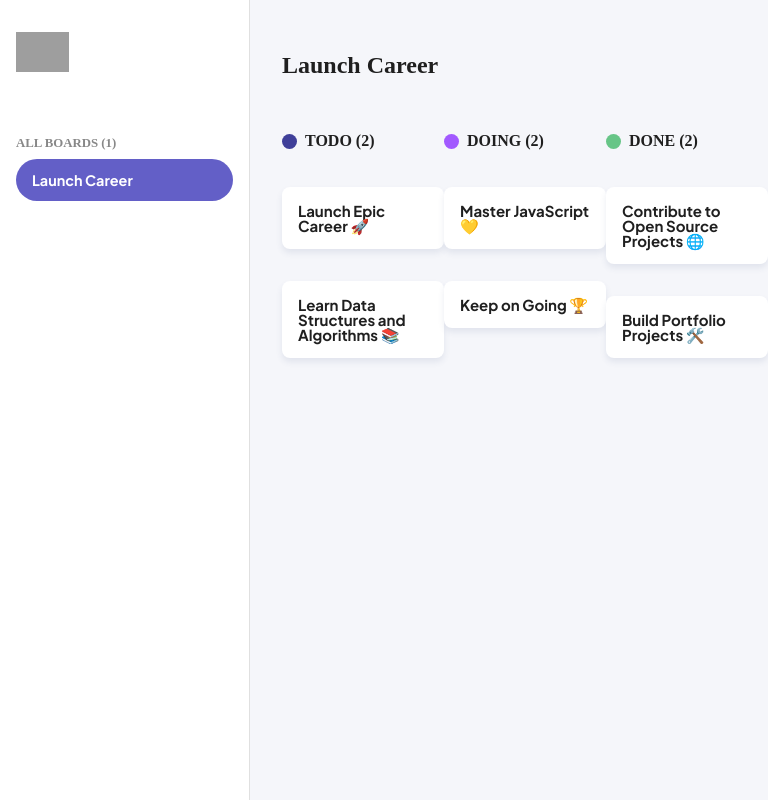
Repository: andajonas/ANDJON25111_fto2502_A2_Anda_Jonas_JSL01
Page: index.html
The author's editor kept a copy of each file at every save. The page is drawn from the files as they stood at one save, then again after the next save.
The browser window is 768 px wide. The pictures show the whole page.
Pictures or frames that could not be fetched are drawn as grey boxes. An inner scrolling area shows only its first screen.

Above is the page before, as saved 2025-04-25 13:16:21.

### index.html
<html lang="en">
  <head>
    <meta charset="UTF-8" />
    <meta name="viewport" content="width=device-width, initial-scale=1.0" />
    <title>Kanban Board</title>
    <link rel="stylesheet" href="style.css" />
  </head>

  <body>
    <div class="kanban-container">
      <!-- Sidebar -->
      <nav class="sidebar">
        <div class="logo">
      <img src="assets/logo-light.svg" alt="Kanban logo">
        </div>
        <div class="board-list">
          <h4>ALL BOARDS (1)</h4>
          <button class="board-btn">Launch Career</button>
        </div>
      </nav>

      <!-- Main Board Section -->
      <div class="main-board">
        <header class="board-header">
          <h2 class="board-title">Launch Career</h2>
          <div class="=divider"></div>
        </header>

        <main class="columns">
          <!-- TO DO Column -->
          <div class="column">
            <div class="column-header">
              <span class="dot todo"></span>
              <h4>TODO (2)</h4>
            </div>
            <div class="card-container">
              <div class="card">Launch Epic Career 🚀</div>
              <div class="card">Learn Data Structures and Algorithms 📚</div>
            </div>
          </div>

          <!-- DOING Column -->
          <div class="column">
            <div class="column-header">
              <span class="dot doing"></span>
              <h4>DOING (2)</h4>
            </div>
            <div class="card-container">
              <div class="card">Master JavaScript 💛</div>
              <div class="card">Keep on Going 🏆</div>
            </div>
          </div>

          <!-- DONE Column -->
          <div class="column">
            <div class="column-header">
              <span class="dot done"></span>
              <h4>DONE (2)</h4>
            </div>
            <div class="card-container">
              <div class="card">Contribute to Open Source Projects 🌐</div>
              <div class="card">Build Portfolio Projects 🛠️</div>
            </div>
          </div>
        </main>
      </div>
    </div>
  </body>
</html>

### style.css
@import url('https://fonts.googleapis.com/css2?family=Plus+Jakarta+Sans:wght@400;700&display=swap');
/* Base Styles */
body {
    margin: 0;
    font-family: "inter" sans-serif;
    background-color: #f5f6fa;
    color: #1f1f1f;
  }

  .kanban-container {
    display: grid;
    grid-template-columns: 250px 1fr;
    height: 100vh;
  }

  /* Sidebar */
  .sidebar {
    background-color: white;
    padding: 2rem 1rem;
    border-right: 1px solid #e0e0e0;
  }

  .logo img {
    height: 40px;
    margin-bottom: 2rem;
  }

  .board-list h4 {
    font-size: 0.8rem;
    font-weight: 600;
    color: #888;
    margin: 2rem 0 0.5rem;
  }

  .board-btn {
    background-color: #635FC7;
    color: white !important;
    border: none;
    padding: 0.75rem 1rem;
    font-weight: 600;
    border-radius: 24px;
    cursor: pointer;
    text-align: left;
    width: 100%;
    font-family: 'Plus Jakarta Sans', sans-serif;
    font-size: 0.9rem;
    transition: background-color 0.2s ease;
  }

  .board-btn:hover {
    background-color: #847fda;
  }

  /* Main Content */
  .main-board {
    padding: 2rem;
    overflow-x: auto;
  }

  .board-title {
    font-size: 1.5rem;
    font-weight: 600;
    margin-bottom: 2rem;
  }

  /* Columns Layout */
  .columns {
    display: grid;
    grid-template-columns: repeat(3, 1fr);
    gap: 2rem;
  }

  /* Column */
  .column {
    display: flex;
    flex-direction: column;
  }

  /* Column Header */
  .column-header {
    display: flex;
    align-items: center;
    gap: 0.5rem;
    font-weight: 600;
    margin-bottom: 1rem;
  }

  .dot {
    width: 15px;
    height: 15px;
    border-radius: 50%;
  }

  .dot.todo {
    background-color: #3f3f99;
  }

  .dot.doing {
    background-color: #a259ff;
  }

  .dot.done {
    background-color: #67c587;
  }

  /* Cards */
  .card-container {
    display: flex;
    flex-direction: column;
    gap: 1rem;
  }

  .card {
      font-family: 'Plus Jakarta Sans', sans-serif;
      font-weight: 700;
      font-size: 15px;
      line-height: 1;
      padding: 1rem;
      background-color: white;
      border-radius: 8px;
      box-shadow: 0px 4px 6px rgba(54, 78, 126, 0.1);
      margin-bottom: 1rem;
      width: 100%;
      max-width: 301px;
    }

After the next save:
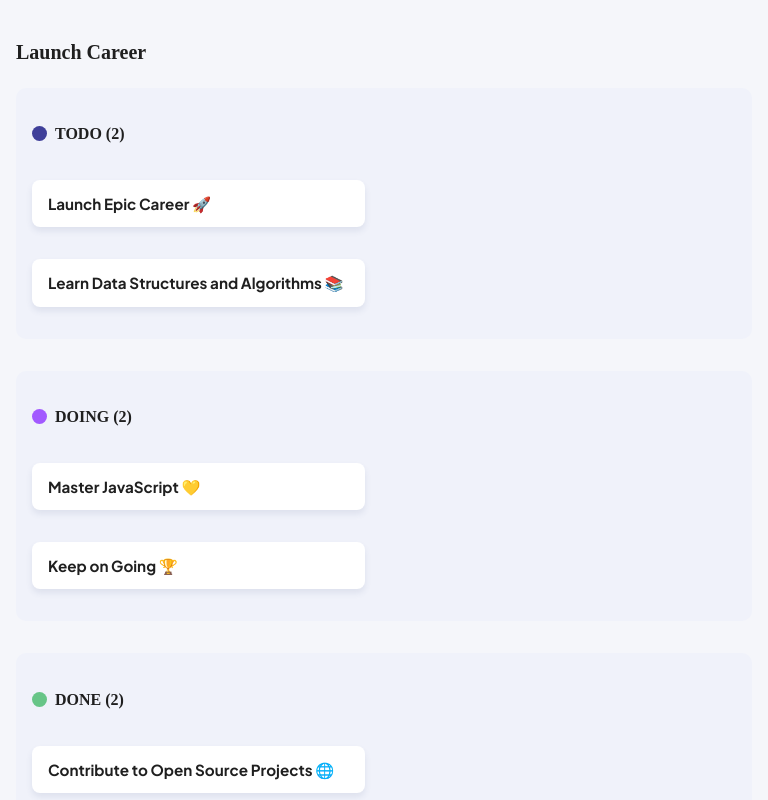
Saved 15 min 16 s later.
--- a/style.css
+++ b/style.css
@@ -123,3 +123,43 @@ body {
       width: 100%;
       max-width: 301px;
     }
+  /* Mobile Responsive Styles */
+@media (max-width: 768px) {
+    .kanban-container {
+      grid-template-columns: 1fr;
+    }
+
+    .sidebar {
+      display: none; /* hide sidebar on mobile */
+    }
+
+    .main-board {
+      padding: 1.5rem 1rem;
+    }
+
+    .columns {
+      display: flex;
+      flex-direction: column;
+      gap: 2rem;
+    }
+
+    .column {
+      background-color: #f0f2fa;
+      padding: 1rem;
+      border-radius: 10px;
+    }
+
+    .column-header h4 {
+      font-size: 1rem;
+    }
+
+    .card {
+      font-size: 0.95rem;
+    }
+
+    .board-title {
+      text-align: left;
+      font-size: 1.25rem;
+      margin-bottom: 1.5rem;
+    }
+  }
